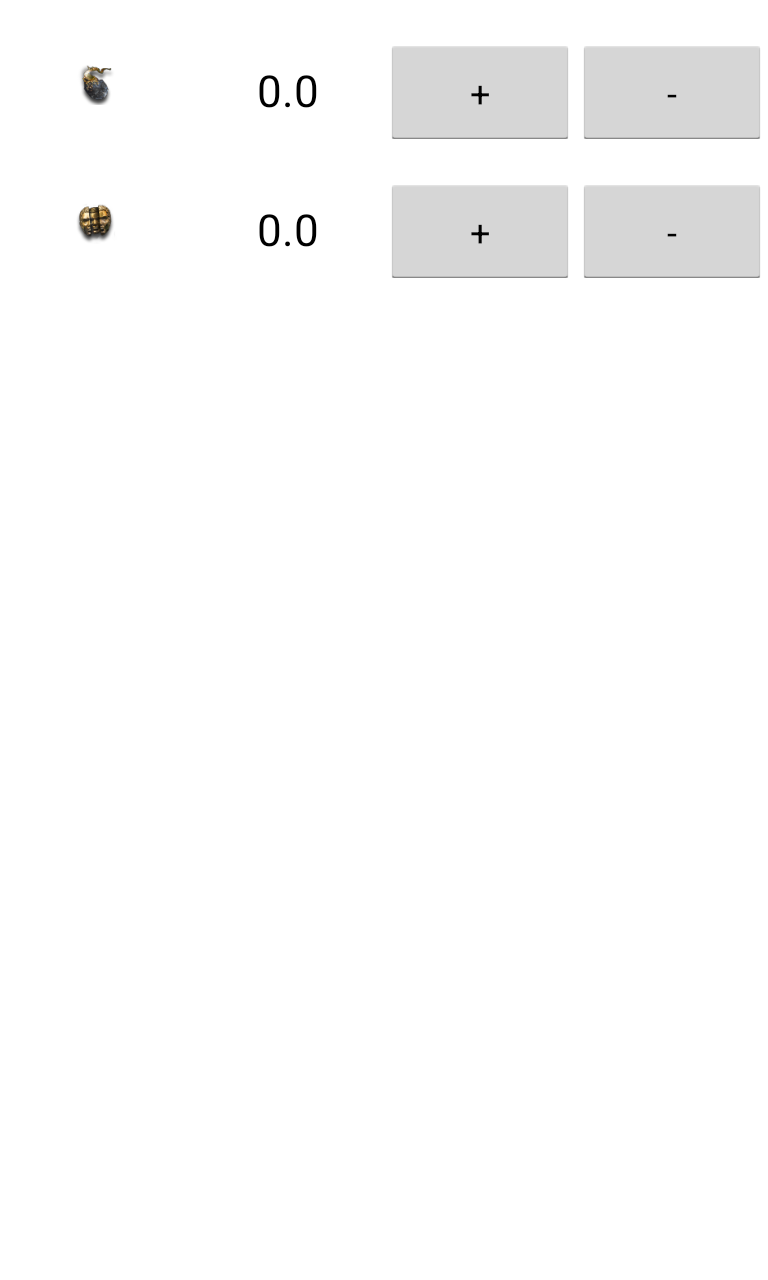
Repository: erictoddhagen/StartingAndriod
Layout: MyFirstApp/OrbTradeTracker/res/layout/activity_main.xml
These files come from the project's save history. The layout is drawn as it stood at one moment and after the next save; the edit follows.
It is drawn on a 768 x 1280 px phone screen (xhdpi) without system bars, with theme AppTheme; the app's code is not run.

Above is the layout before, as saved 2013-02-03 20:01:19.

### MyFirstApp/OrbTradeTracker/res/layout/activity_main.xml
<?xml version="1.0" encoding="utf-8"?>
<!-- Parent linear layout with vertical orientation -->
<LinearLayout
  xmlns:android="http://schemas.android.com/apk/res/android"
  android:orientation="vertical"
  android:layout_width="match_parent"
  android:layout_height="match_parent">

 <LinearLayout android:layout_width="fill_parent"
               android:layout_height="wrap_content"
               android:orientation="horizontal"
               android:layout_marginTop="15dip">

      <ImageView
        android:id="@+id/imageAlch"
        android:layout_width="fill_parent"
        android:layout_height="fill_parent"
        android:padding="15dip"
        android:layout_weight="1"
        android:gravity="center"
        android:src="@drawable/alchemy" />

    <TextView
        android:id="@+id/alchTextView"
        android:layout_width="fill_parent"
        android:layout_height="fill_parent"
        android:text="0.0"
        android:padding="15dip"
        android:layout_weight="1"
        android:gravity="center"
        android:textAppearance="?android:attr/textAppearanceLarge" />

    <Button
        android:id="@+id/alchButtonAdd"
        android:layout_width="fill_parent"
        android:layout_height="wrap_content"
        android:padding="15dip"
        android:layout_weight="1"
        android:gravity="center"
        android:text="+" />

    <Button
        android:id="@+id/alchButtonSub"
        android:layout_width="fill_parent"
        android:layout_height="wrap_content"
        android:padding="15dip"
        android:layout_weight="1"
        android:gravity="center"
        android:text="-" />
</LinearLayout>

 <LinearLayout android:layout_width="fill_parent"
               android:layout_height="wrap_content"
               android:orientation="horizontal"
               android:layout_marginTop="15dip">

      <ImageView
        android:id="@+id/imageVChaos"
        android:layout_width="fill_parent"
        android:layout_height="fill_parent"
        android:padding="15dip"
        android:layout_weight="1"
        android:gravity="center"
        android:src="@drawable/chaos" />

      <TextView
        android:id="@+id/chaosTextView"
        android:layout_width="fill_parent"
        android:layout_height="fill_parent"
        android:text="0.0"
        android:padding="15dip"
        android:layout_weight="1"
        android:gravity="center"
        android:textAppearance="?android:attr/textAppearanceLarge" />

    <Button
        android:id="@+id/chaosButtonAdd"
        android:layout_width="fill_parent"
        android:layout_height="wrap_content"
        android:padding="15dip"
        android:layout_weight="1"
        android:gravity="center"
        android:text="+" />

    <Button
        android:id="@+id/chaosButtonSub"
        android:layout_width="fill_parent"
        android:layout_height="wrap_content"
        android:padding="15dip"
        android:layout_weight="1"
        android:gravity="center"
        android:text="-" />

</LinearLayout>

</LinearLayout>

Loaded but not shown: MyFirstApp/OrbTradeTracker/res/values/styles.xml (common file); MyFirstApp/OrbTradeTracker/res/values-v11/styles.xml (common file); MyFirstApp/OrbTradeTracker/res/values-v14/styles.xml (common file)

After the next save:
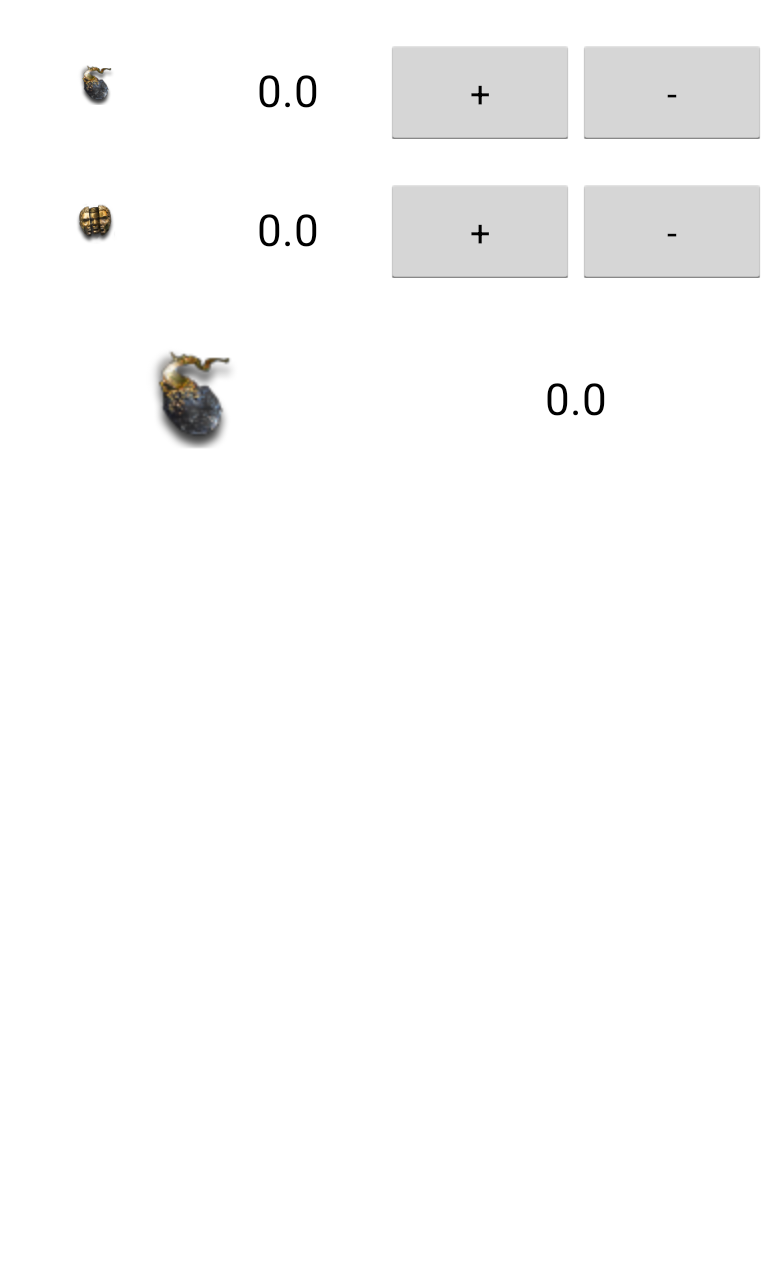
Saved 81 s later.
--- a/MyFirstApp/OrbTradeTracker/res/layout/activity_main.xml
+++ b/MyFirstApp/OrbTradeTracker/res/layout/activity_main.xml
@@ -90,7 +90,31 @@
         android:layout_weight="1"
         android:gravity="center"
         android:text="-" />
+</LinearLayout>
+
+<LinearLayout android:layout_width="fill_parent"
+               android:layout_height="wrap_content"
+               android:orientation="horizontal"
+               android:layout_marginTop="15dip">
+
+      <ImageView
+        android:id="@+id/imageAlch"
+        android:layout_width="fill_parent"
+        android:layout_height="fill_parent"
+        android:padding="15dip"
+        android:layout_weight="1"
+        android:gravity="center"
+        android:src="@drawable/alchemy" />
+
+    <TextView
+        android:id="@+id/alchTotal"
+        android:layout_width="fill_parent"
+        android:layout_height="fill_parent"
+        android:text="0.0"
+        android:padding="15dip"
+        android:layout_weight="1"
+        android:gravity="center"
+        android:textAppearance="?android:attr/textAppearanceLarge" />
+
 
 </LinearLayout>
-
-</LinearLayout>
